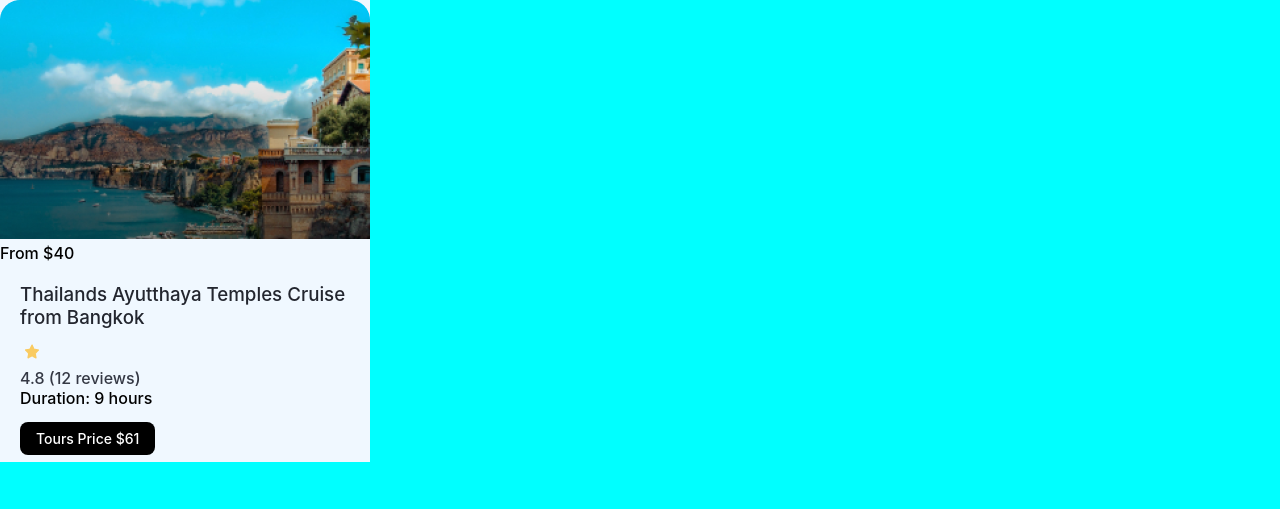
Repository: nguyentuankiet-k61/K_IT-demo
Page: index.html
The author's editor kept a copy of each file at every save. The page is drawn from the files as they stood at one save, then again after the next save.
The browser window is 1280 px wide. The pictures show the whole page.
Some web fonts or font styles are not loaded; a fallback is used.

Above is the page before, as saved 2022-09-29 15:37:14.

After the next save:
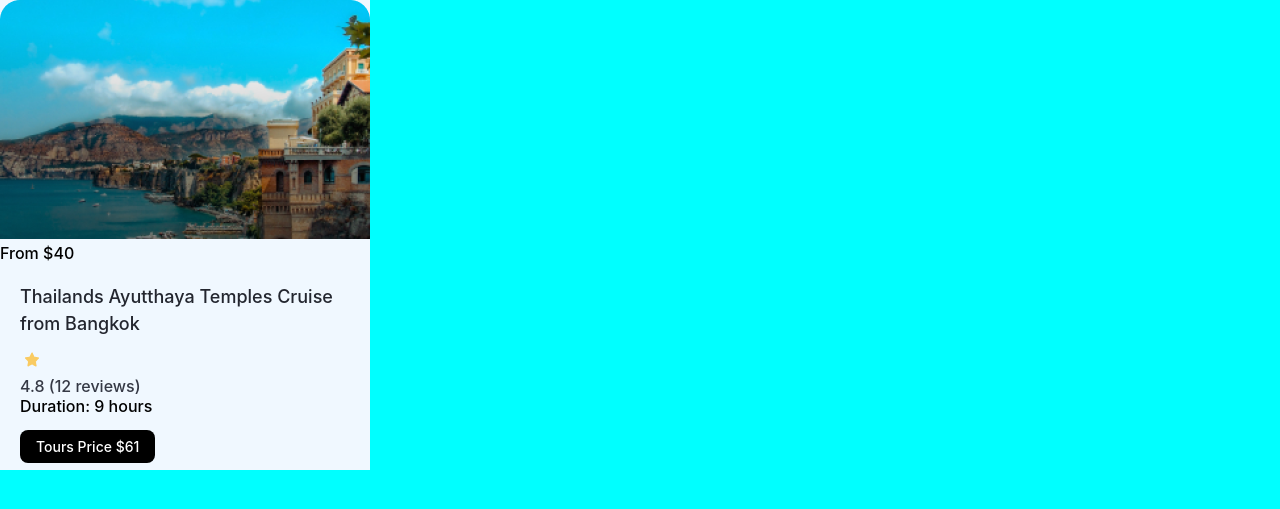
Saved 53 s later.
--- a/CSS/app.css
+++ b/CSS/app.css
@@ -22,7 +22,8 @@ body{
     color: #23262F;
     margin-bottom: 10px;
     font-weight: 500;
-
+    line-height: 27px;
+    font-size: 18px;
 }
 .Tours_ratting{
     margin-bottom: 20px;
